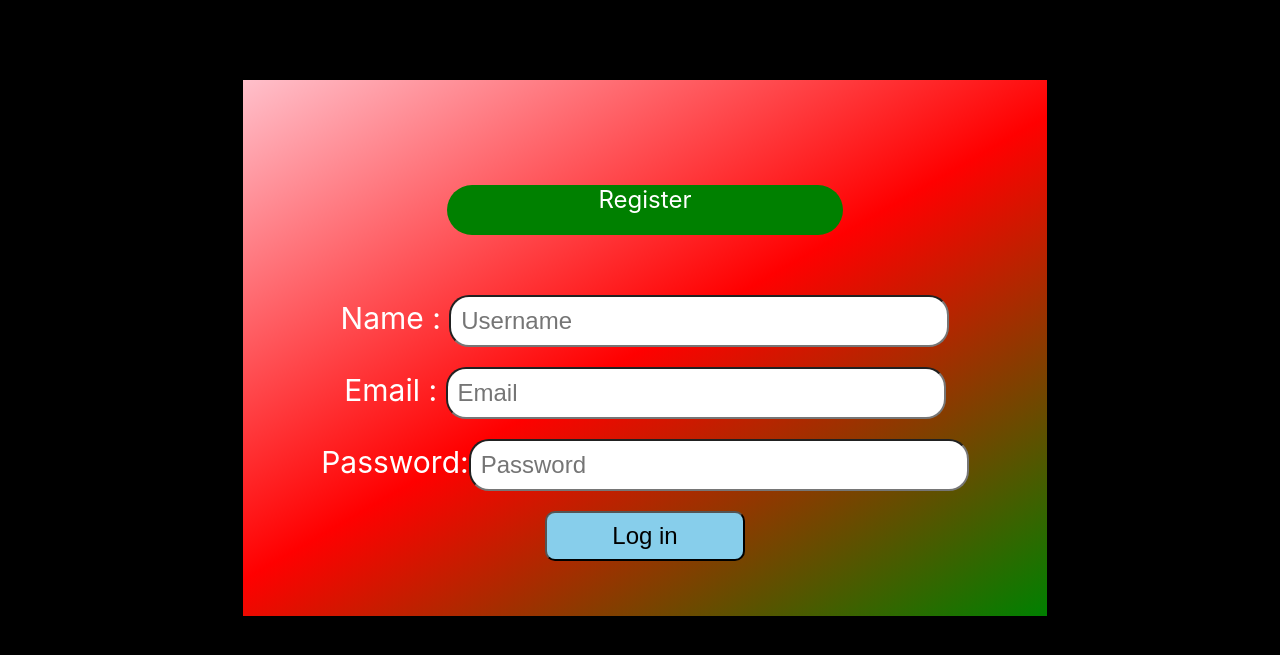
Repository: abhaysharma20233009/swiftKey
Page: /login (app in frontend/my-app/)
An editor plug-in stored every save of this project. The page is shown before and after the next save, followed by the edit.
The browser window is 1280 px wide. The pictures show the whole page.
The project was rebuilt for these pictures with package versions that can differ from the ones it lists, and the page was loaded fresh each time. Also part of the build but not shown: frontend/my-app/src/Swifts.js, frontend/my-app/src/Results.js.

Above is the page before, as saved 2024-10-10 20:29:41.

After the next save:
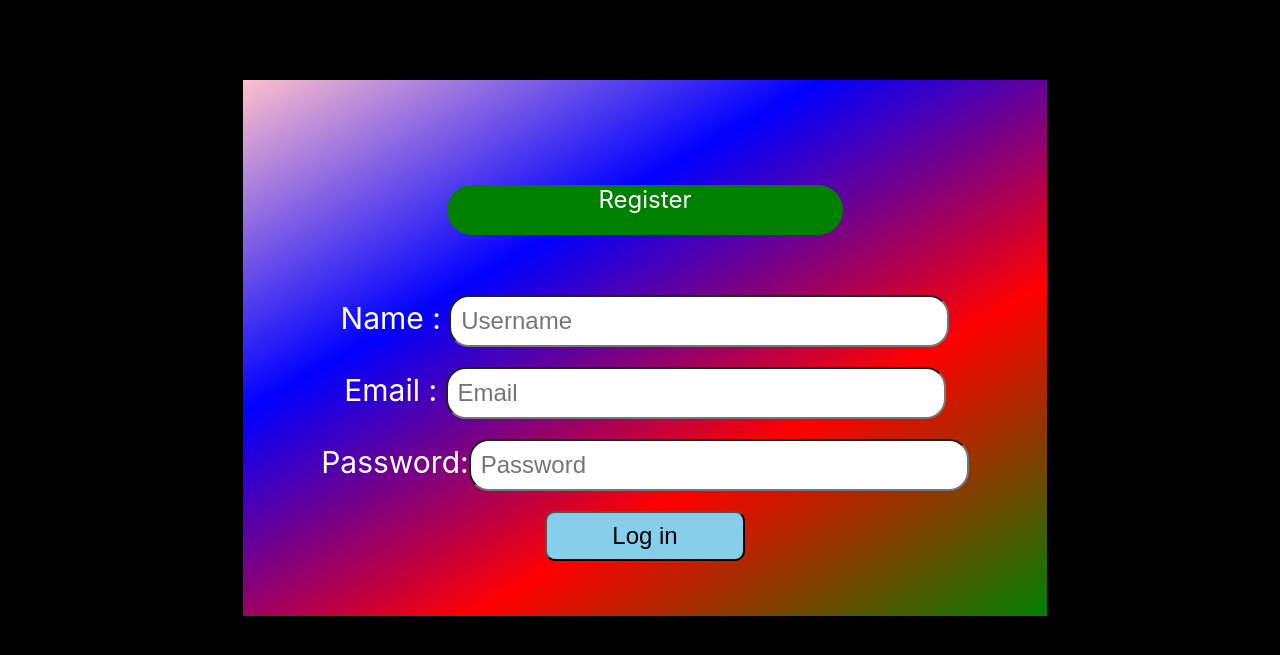
Saved 10 s later.
--- a/frontend/my-app/src/App.css
+++ b/frontend/my-app/src/App.css
@@ -62,7 +62,7 @@ body{
   font-size: 30px;
   margin-top:80px;
   padding:5px;
-  background:linear-gradient(150deg,pink,red,green);
+  background:linear-gradient(150deg,pink,blue,red,green);
   background-color:rgb(169, 90, 63);
   width:62%;
   margin-left:19%;
